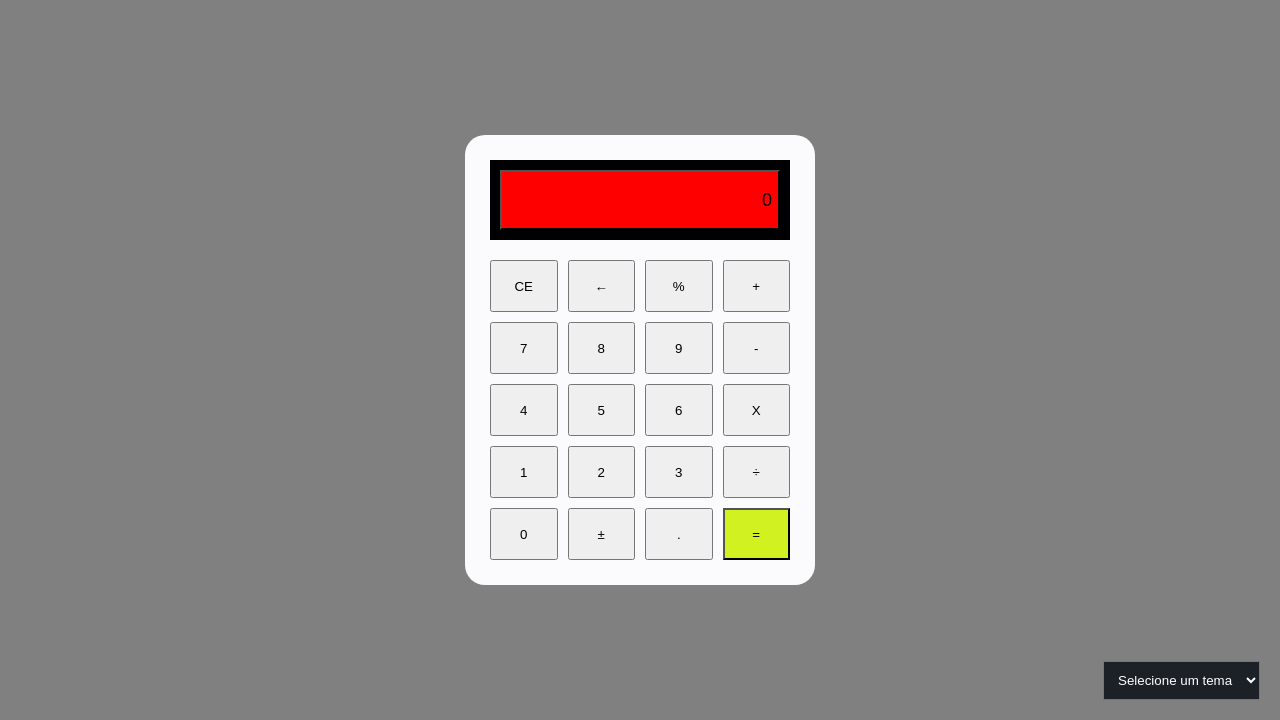
Repository: thislucasme/changing-theme-color-html-css-js
Page: index.html
The author's editor kept a copy of each file at every save. The page is drawn from the files as they stood at one save, then again after the next save.
The browser window is 1280 px wide. The pictures show the whole page.

Above is the page before, as saved 2022-06-29 16:26:20.

After the next save:
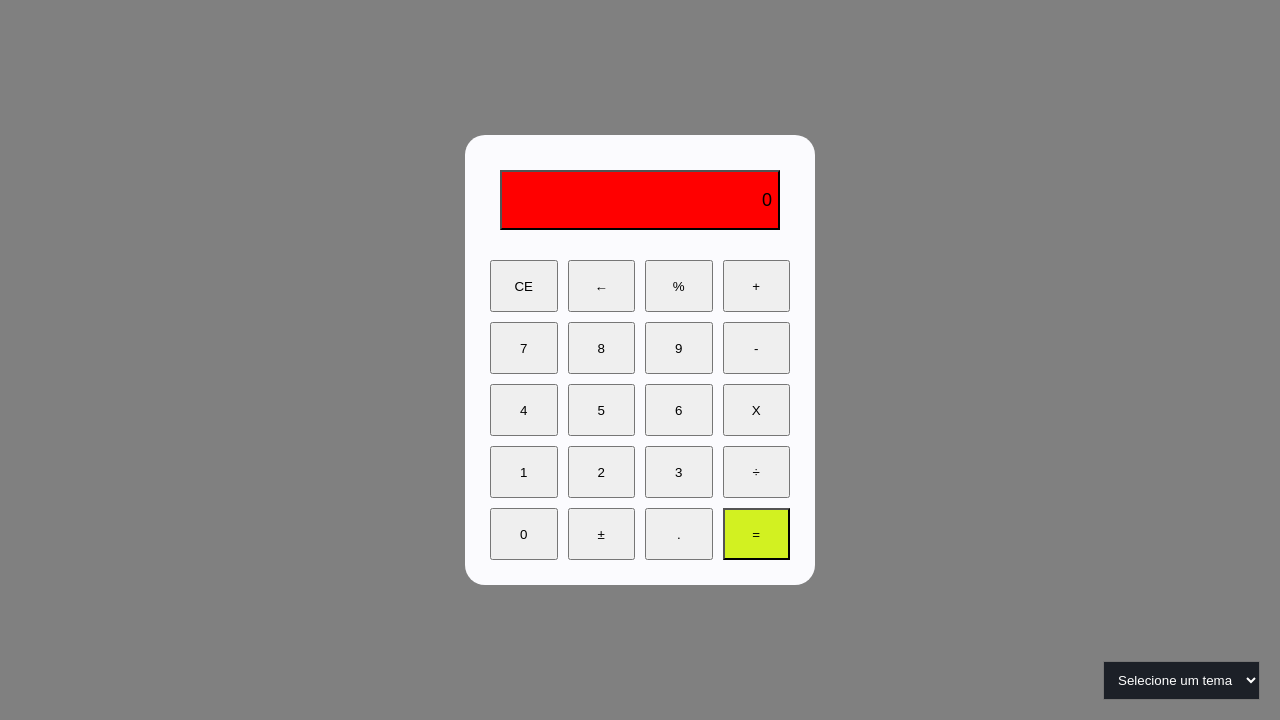
Saved 67 s later.
--- a/css/estilo.css
+++ b/css/estilo.css
@@ -16,7 +16,8 @@
     --color-secondary: #fbfbfe;
     --color-accent: #fd6f53;
     --font-color: #000000;
-    --display-color: #000000;
+    --visor-color: #000000;
+    --visor-interno-color: #696969;
     --cor-botao-igual: rgb(210, 241, 33);
 }
 
@@ -25,7 +26,8 @@
     --color-secondary: #243133;
     --color-accent: #12cdea;
     --font-color: #ffffff;
-    --display-color: #000000;
+    --visor-color: #000000;
+    --visor-interno-color: #575107;
     --cor-botao-igual: rgb(238, 61, 61);
 }
 

After the save that followed:
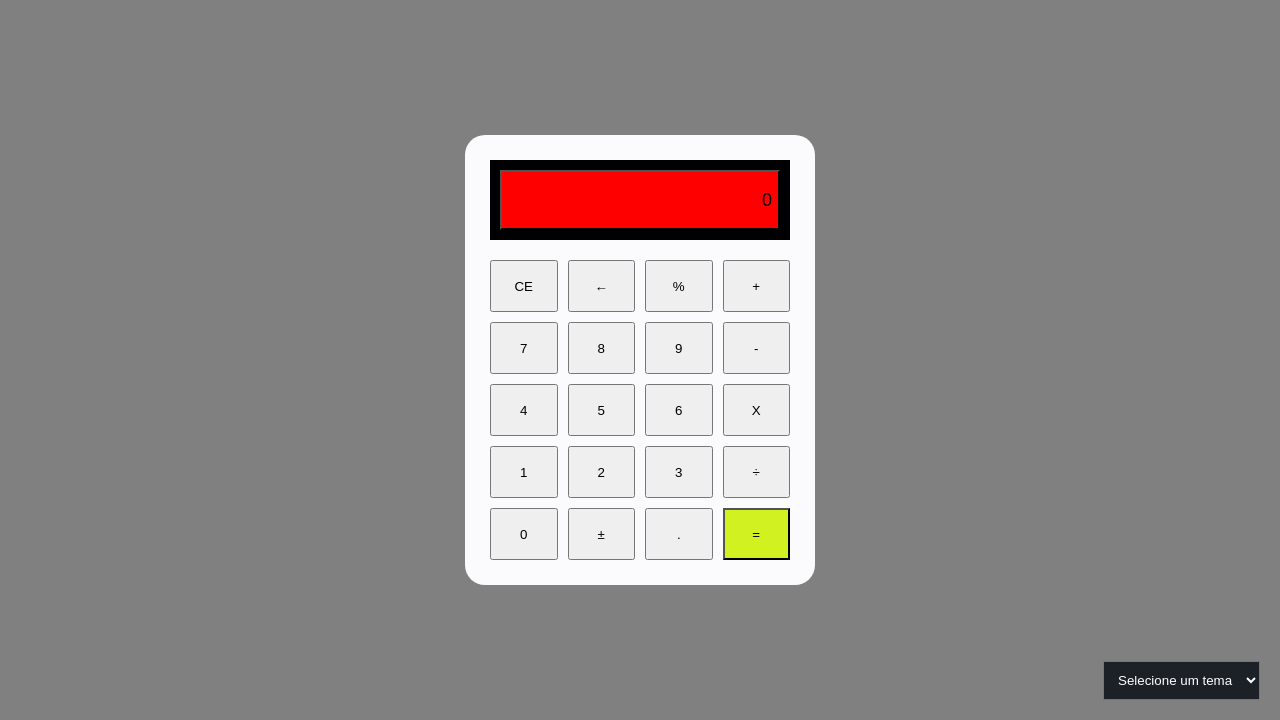
Saved 26 s later.
--- a/css/estilo.css
+++ b/css/estilo.css
@@ -51,7 +51,7 @@
 .painel {
     height: 80px;
     width: 100%;
-    background-color: var(--display-color);
+    background-color: var(--visor-color);
     margin-bottom: 20px;
     font-family: 'LCDMono2 Bold', monospace;
     color: rgba(0, 0, 0, 0.6);
